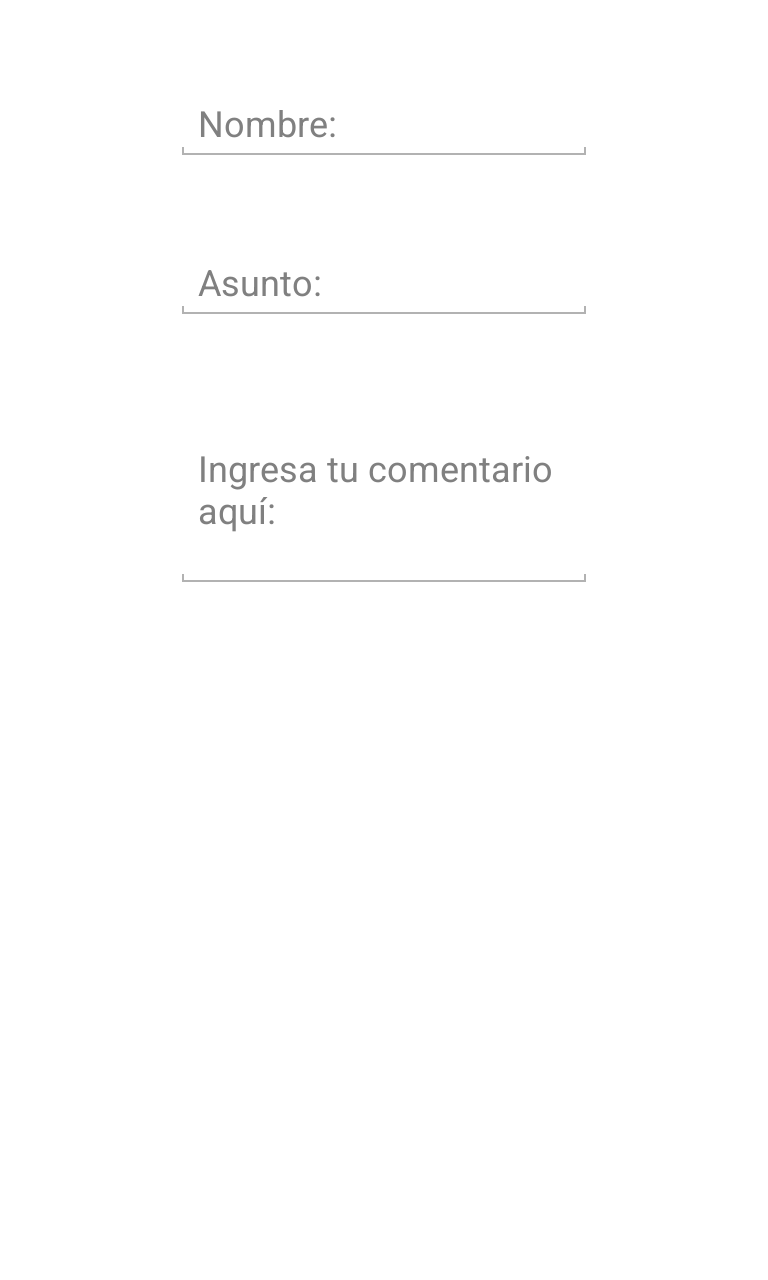
Repository: armandobs94/Dental.App
Layout: AplicacionMovil/DentalApp/Dental.App/res/layout/contacto_main.xml
These files come from the project's save history. The layout is drawn as it stood at one moment and after the next save; the edit follows.
It is drawn on a 768 x 1280 px phone screen (xhdpi) without system bars, with theme AppTheme; the app's code is not run.

Above is the layout before, as saved 2015-06-10 23:53:21.

### AplicacionMovil/DentalApp/Dental.App/res/layout/contacto_main.xml
<?xml version="1.0" encoding="utf-8"?>
<RelativeLayout xmlns:android="http://schemas.android.com/apk/res/android"
    android:layout_width="match_parent"
    android:layout_height="match_parent"
    android:orientation="vertical" >

    <EditText
        android:id="@+id/editText1"
        android:layout_width="wrap_content"
        android:layout_height="wrap_content"
        android:layout_alignParentTop="true"
        android:layout_centerHorizontal="true"
        android:layout_marginTop="42dp"
        android:hint="@string/campoNombre"
        android:ems="10"
        />

    <EditText
        android:id="@+id/editText2"
        android:layout_width="wrap_content"
        android:layout_height="wrap_content"
        android:layout_alignLeft="@+id/editText1"
        android:layout_below="@+id/editText1"
        android:layout_marginTop="40dp"
        android:hint="@string/campoAsunto"
        android:ems="10" />

    <EditText
        android:id="@+id/editText3"
        android:layout_width="wrap_content"
        android:layout_height="wrap_content"
        android:layout_alignLeft="@+id/editText2"
        android:layout_alignRight="@+id/editText2"
        android:layout_below="@+id/editText2"
        android:layout_marginTop="34dp"
        android:height="100dp"
        android:hint="@string/campoComentario"
        android:inputType="textMultiLine"
        android:width="120dp" >
    </EditText>

</RelativeLayout>

### AplicacionMovil/DentalApp/Dental.App/res/values/strings.xml
<?xml version="1.0" encoding="utf-8"?>
<resources>

    <string name="app_name">Dental.App</string>
    <string name="action_settings">Settings</string>
    <string name="hello_world">Hello world!</string>
    <string name="Usuario">Usuario:</string>
    <string name="Contra">Contraseña:</string>
    <string name="Entrar">Entrar</string>
    <string name="campoNombre">Nombre:</string>
    <string name="campoAsunto">Asunto:</string>
    <string name="campoComentario">Ingresa tu comentario aquí:</string>

</resources>

Loaded but not shown: AplicacionMovil/DentalApp/Dental.App/res/values/styles.xml (common file); AplicacionMovil/DentalApp/Dental.App/res/values-v11/styles.xml (common file); AplicacionMovil/DentalApp/Dental.App/res/values-v14/styles.xml (common file)

After the next save:
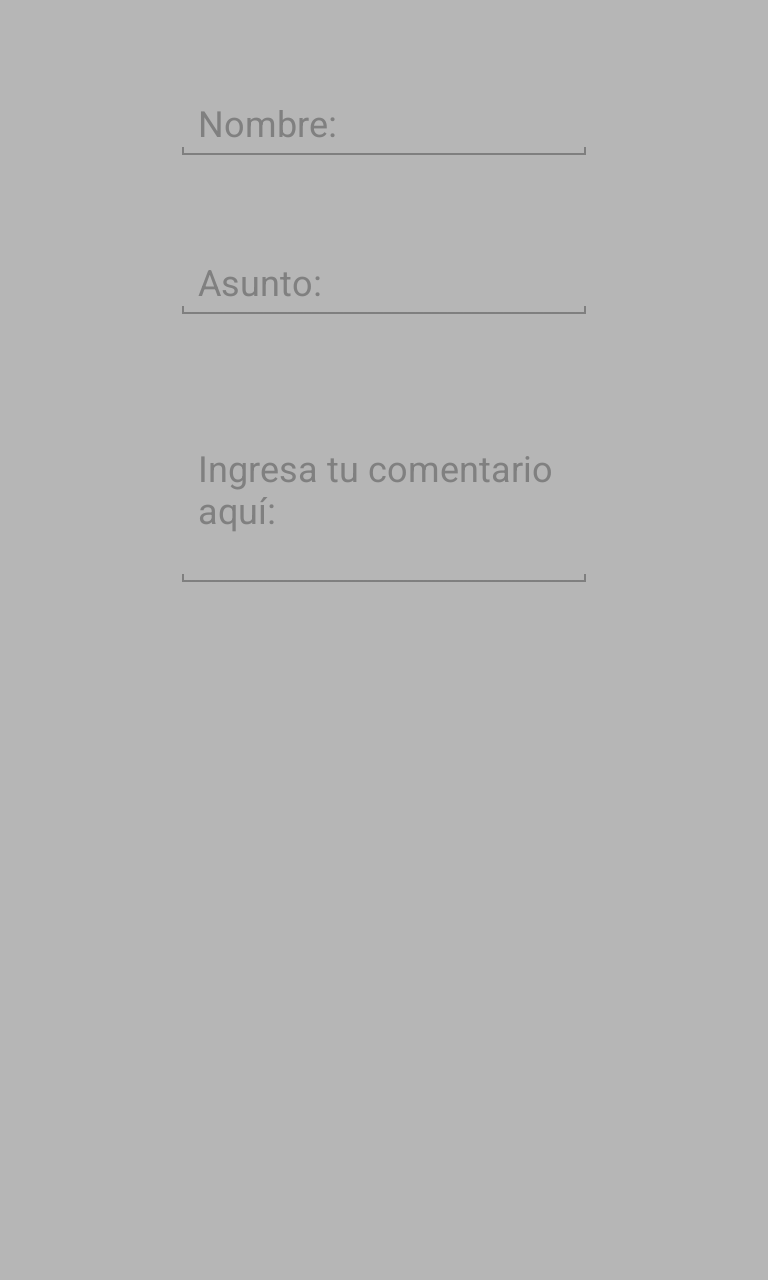
Saved 8 min 27 s later.
--- a/AplicacionMovil/DentalApp/Dental.App/res/layout/contacto_main.xml
+++ b/AplicacionMovil/DentalApp/Dental.App/res/layout/contacto_main.xml
@@ -2,6 +2,7 @@
 <RelativeLayout xmlns:android="http://schemas.android.com/apk/res/android"
     android:layout_width="match_parent"
     android:layout_height="match_parent"
+    android:background="#B6B6B6"
     android:orientation="vertical" >
 
     <EditText
